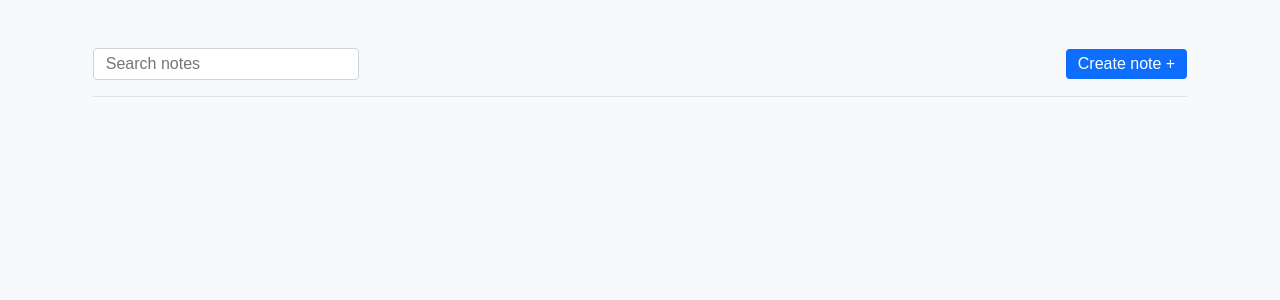
Repository: SvitSh/05-notehub
Page: /
The author's editor kept a copy of each file at every save. The page is drawn from the files as they stood at one save, then again after the next save.
The browser window is 1280 px wide. The pictures show the whole page.
The page's requests for data from a server got no answer. The project was rebuilt for these pictures with package versions that can differ from the ones it lists, and the page was loaded fresh each time. No one was signed in, and anything a server would have sent is missing. Also part of the build but not shown: vite.config.ts, src/components/Pagination/Pagination.module.css, src/components/Pagination/Pagination.tsx, src/components/Modal/Modal.module.css, src/components/Modal/Modal.tsx, src/components/NoteForm/NoteForm.module.css, src/components/NoteForm/NoteForm.tsx, src/components/NoteList/NoteList.module.css and 1 more.

Above is the page before, as saved 2025-07-27 16:30:38.

After the next save:
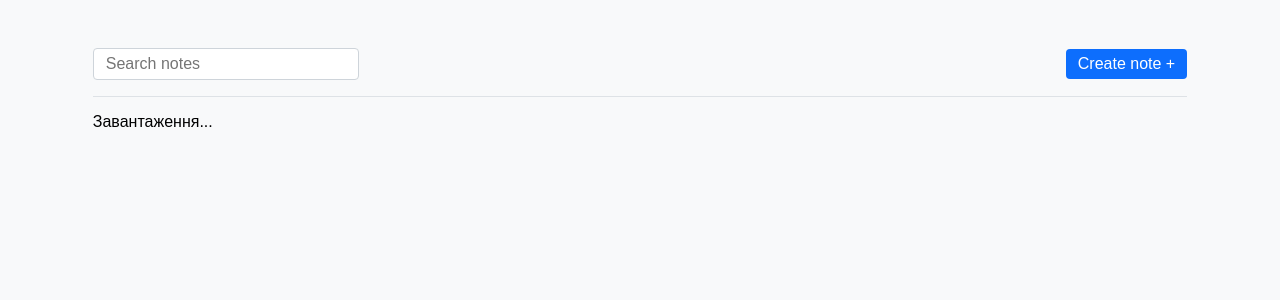
Saved 14 s later.
--- a/src/components/App/App.tsx
+++ b/src/components/App/App.tsx
@@ -1,63 +1,100 @@
 import { useState } from "react";
+import {
+  useQuery,
+  useMutation,
+  useQueryClient,
+  keepPreviousData,
+} from "@tanstack/react-query";
+import { useDebounce } from "use-debounce";
+
 import css from "./App.module.css";
+
 import SearchBox from "../SearchBox/SearchBox";
 import Pagination from "../Pagination/Pagination";
+import NoteList from "../NoteList/NoteList";
 import Modal from "../Modal/Modal";
 import NoteForm from "../NoteForm/NoteForm";
-import NoteList from "../NoteList/NoteList";
-import { useQuery } from "@tanstack/react-query";
-import { fetchNotes } from "../../api/noteService";
-import { FetchNotesResponse } from "../../types/note";
-import { useDebounce } from "use-debounce";
+
+import {
+  fetchNotes,
+  deleteNote,
+  createNote,
+  FetchNotesResponse,
+  CreateNoteDto,
+} from "../../api/noteService";
+
+const PER_PAGE = 12;
 
 const App = () => {
+  const [isOpen, setIsOpen] = useState(false);
+  const [search, setSearch] = useState("");
+  const [debouncedSearch] = useDebounce(search, 400); // <-- перше значення з хука
   const [page, setPage] = useState(1);
-  const [search, setSearch] = useState("");
-  const [isModalOpen, setIsModalOpen] = useState(false);
 
-  const [debouncedSearch] = useDebounce(search, 300);
+  const queryClient = useQueryClient();
 
   const { data, isLoading, isError } = useQuery<FetchNotesResponse>({
-    queryKey: ["notes", page, debouncedSearch],
+    queryKey: ["notes", page, PER_PAGE, debouncedSearch],
     queryFn: () =>
-      fetchNotes({
-        page,
-        perPage: 12,
-        search: debouncedSearch,
-      }),
-    staleTime: 300_000, // заменяет keepPreviousData
+      fetchNotes({ page, perPage: PER_PAGE, search: debouncedSearch }),
+    placeholderData: keepPreviousData,
   });
 
-  const handlePageChange = (newPage: number) => {
-    setPage(newPage);
-  };
+  const { mutate: remove } = useMutation({
+    mutationFn: deleteNote,
+    onSuccess: () => queryClient.invalidateQueries({ queryKey: ["notes"] }),
+  });
+
+  const { mutate: addNote } = useMutation({
+    mutationFn: createNote,
+    onSuccess: () => {
+      queryClient.invalidateQueries({ queryKey: ["notes"] });
+      setIsOpen(false);
+    },
+  });
+
+  const handleCreateClick = () => setIsOpen(true);
+  const handleClose = () => setIsOpen(false);
 
   const handleSearch = (value: string) => {
     setSearch(value);
     setPage(1);
   };
 
+  const handleCreate = (values: CreateNoteDto) => {
+    addNote(values);
+  };
+
+  const totalPages = data?.totalPages ?? 0;
+
   return (
     <div className={css.app}>
       <header className={css.toolbar}>
-        <SearchBox onSearch={handleSearch} />
-        {data && data.totalPages > 1 && (
+        <SearchBox value={search} onSearch={handleSearch} />
+
+        {totalPages > 1 && (
           <Pagination
             currentPage={page}
-            totalPages={data.totalPages}
-            onPageChange={handlePageChange}
+            totalPages={totalPages}
+            onPageChange={setPage}
           />
         )}
-        <button className={css.button} onClick={() => setIsModalOpen(true)}>
+
+        <button className={css.button} onClick={handleCreateClick}>
           Create note +
         </button>
       </header>
 
-      {data && data.notes.length > 0 && <NoteList notes={data.notes} />}
+      {isLoading && <p>Завантаження...</p>}
+      {isError && <p>Помилка при отриманні нотаток.</p>}
 
-      {isModalOpen && (
-        <Modal onClose={() => setIsModalOpen(false)}>
-          <NoteForm onClose={() => setIsModalOpen(false)} />
+      {data && data.notes.length > 0 && (
+        <NoteList notes={data.notes} onDelete={remove} />
+      )}
+
+      {isOpen && (
+        <Modal onClose={handleClose}>
+          <NoteForm onClose={handleClose} onSubmit={handleCreate} />
         </Modal>
       )}
     </div>
